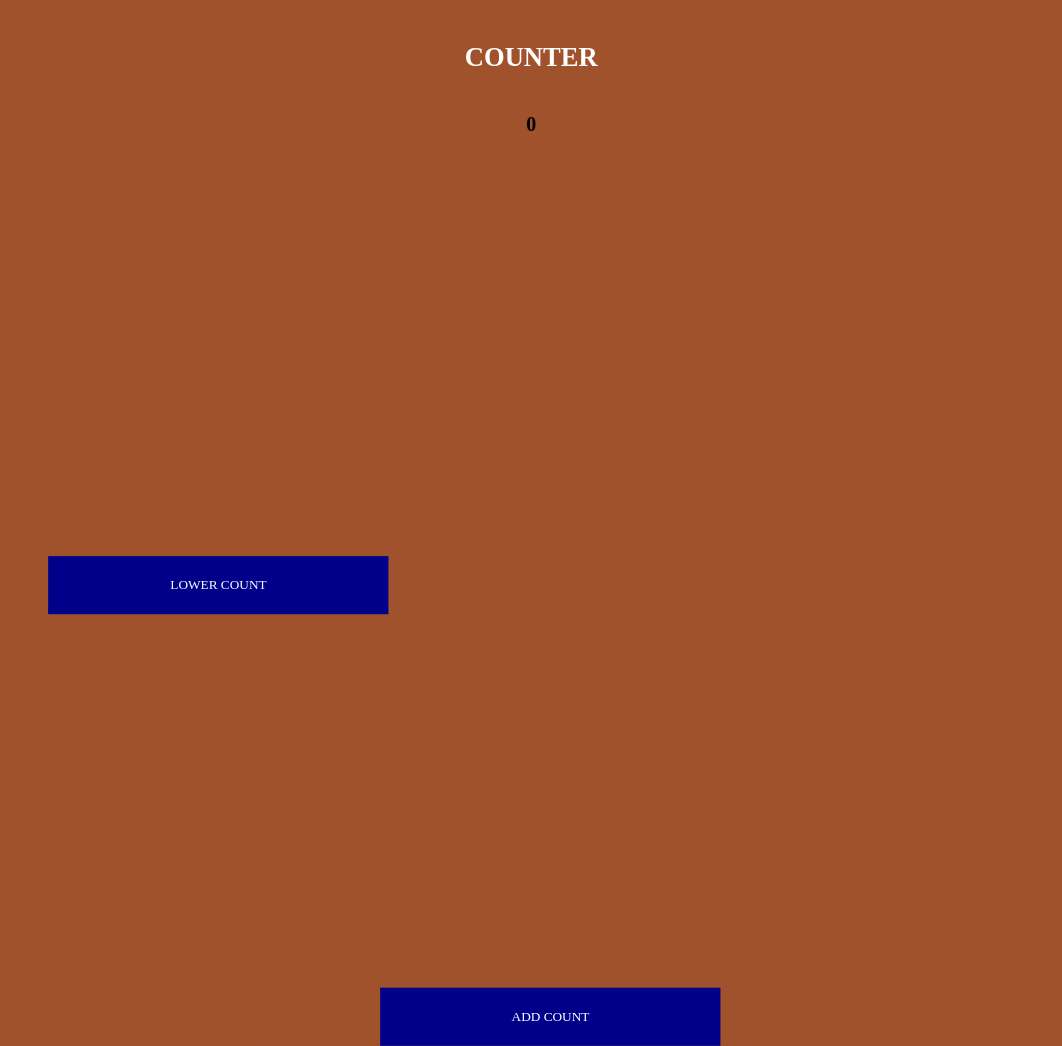
Repository: Seryozha02/Calculator
Page: calculator.html
The author's editor kept a copy of each file at every save. The page is drawn from the files as they stood at one save, then again after the next save.
The browser window is 1280 px wide. The pictures show the whole page, at 83% of full size.

Above is the page before, as saved 2022-02-14 17:11:50.

### calculator.html
<!DOCTYPE html>
<html lang="en">

<head>
    <meta charset="UTF-8">
    <meta http-equiv="X-UA-Compatible" content="IE=edge">
    <meta name="viewport" content="width=4, initial-scale=1.0">
    <link rel="stylesheet" href="./calculator.css">
    <title>Calculator</title>
</head><header>
<div class="header">
    <h1>COUNTER</h1>
    <strong><h2>0</h2></strong>
    <br><br>
</div>
</header>
<body>
    <div class="row">
        <div class="column1">
            <div class="card">
                <p><i class="fa fa-user"></i></p>
                <p>LOWER COUNT</p>
            </div>
        </div>

        <div class="column2">
            <div class="card">
                <p><i class="fa fa-smile-o"></i></p>
                <p>ADD COUNT</p>
            </div>
        </div>
    </div>
</body>
<script src="./calculator.js"></script>
</body>

</html>

### calculator.css
h1 {
    color: white;
    margin-top: ;
}
html{
    background-color: sienna;
}

h2{
    margin-top: 50px;
}
.header{
    margin-top: 50px;
}

* {
    box-sizing: border-box;
}

body {
    text-align: center;
}

/* Float columns */
.column1 {
    float: left;
    width: 33%;
    padding: 0 5px;
    margin-top: 450px;
    margin-left: 50px;
}

.row {
    margin: 0 -5px;
}

.row:after {
    content: "";
    display: table;
}


.column2 {
    float: left;
    width: 33%;
    padding: 0 5px;
    margin-left: 450px;
    margin-top: 450px;
}

.row {
    margin: 0 -5px;
}

.row:after {
    content: "";
    display: table;
}

/* Style the cards */
.card {
    padding: 10px;
    text-align: center;
    background-color: darkblue;
    color: white;
    }

.card:hover {
    transform: scale(1.1);
    background-color: black;
    transition-duration: 2s;
    color: white;
}
      */
/* .fa {
    font-size: 50px;
}

Loaded but not shown: calculator.js (no copy from this time; the picture is the same without it)

After the next save:
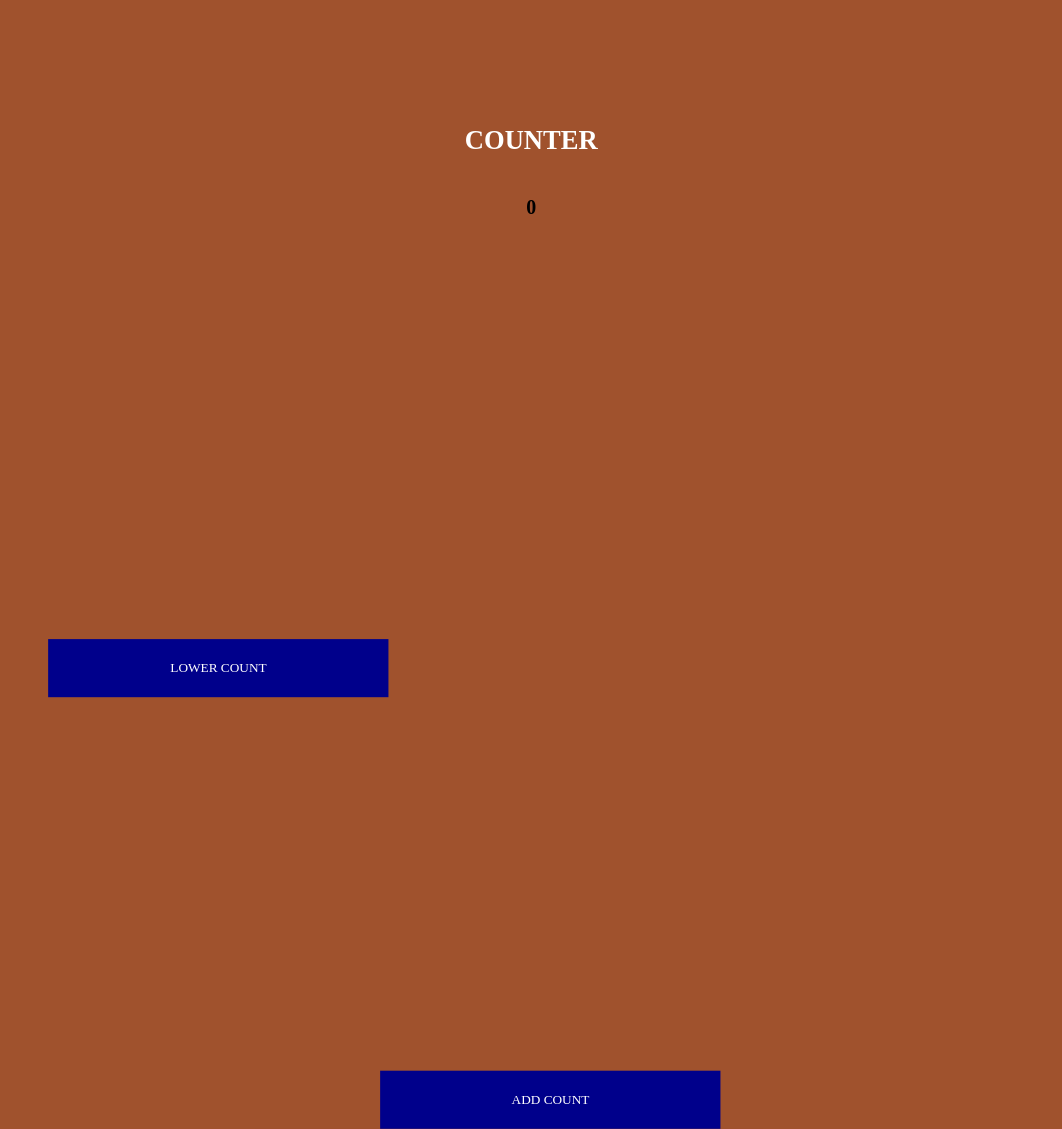
Saved 7 s later.
--- a/calculator.css
+++ b/calculator.css
@@ -10,7 +10,7 @@
     margin-top: 50px;
 }
 .header{
-    margin-top: 50px;
+    margin-top: 150px;
 }
 
 * {

After the save that followed:
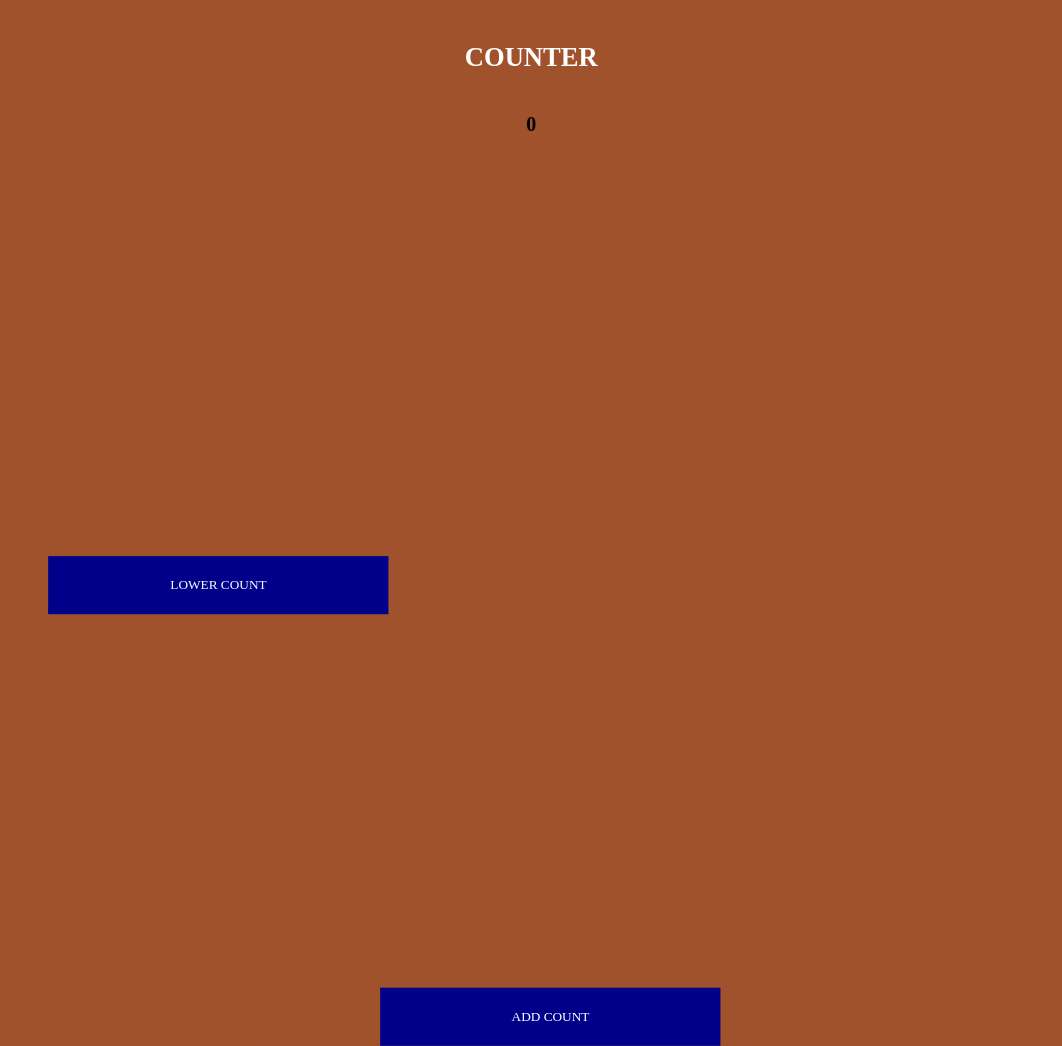
Saved 7 s later.
--- a/calculator.css
+++ b/calculator.css
@@ -10,7 +10,7 @@
     margin-top: 50px;
 }
 .header{
-    margin-top: 150px;
+    margin-top: 50px;
 }
 
 * {
